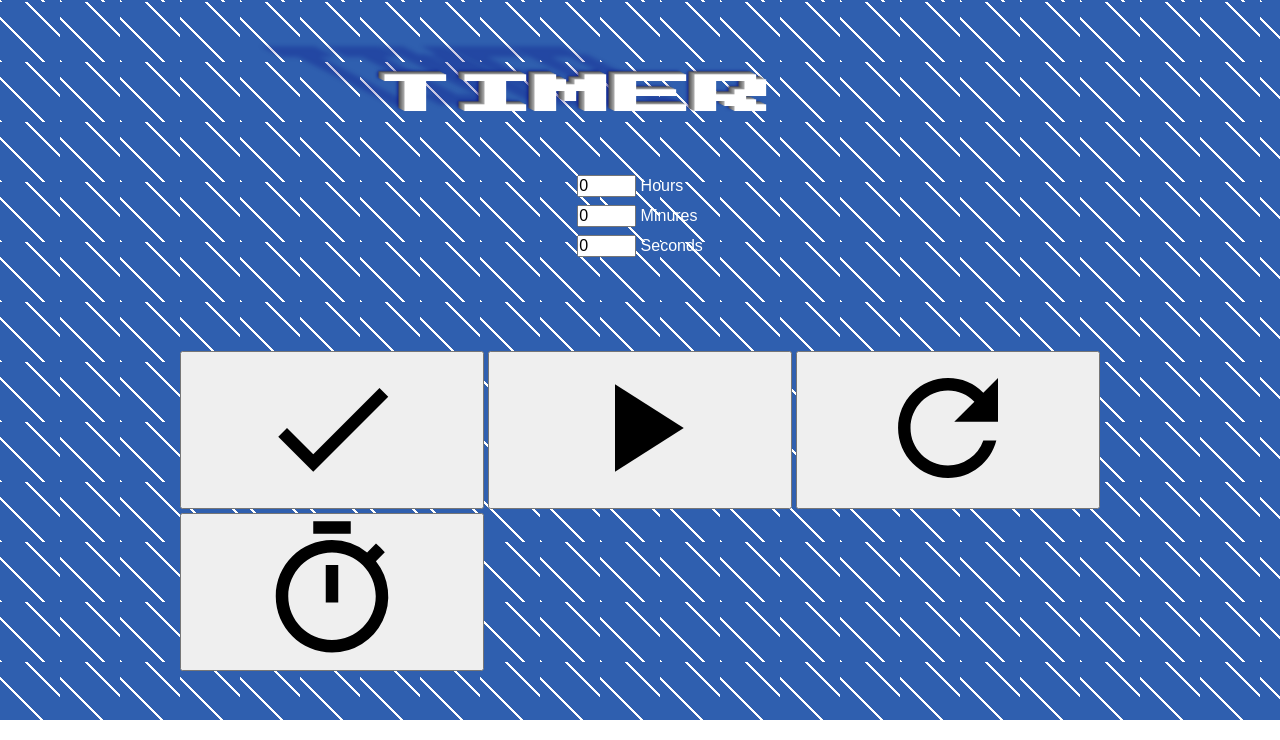
Repository: KrzysKolo/Projekt-12_Timer
Page: index.html
These files come from the project's save history. The page is drawn as it stood at one moment and after the next save; the edit follows.
The browser window is 1280 px wide. The pictures show the whole page.
Some web fonts or font styles are not loaded; a fallback is used.

Above is the page before, as saved 2020-06-24 21:31:01.

### index.html
<!DOCTYPE html>
<html lang="en">
  <head>
    <meta charset="UTF-8" />
    <meta name="viewport" content="width=device-width, initial-scale=1.0" />
    <title>Taimer</title>
    <link
      href="https://fonts.googleapis.com/css2?family=Aldrich&family=Press+Start+2P&display=swap"
      rel="stylesheet"
    />

    <link rel="stylesheet" href="./css/style.css" />
  </head>
  <body>
    <main class="timer">
      <header class="timer__header">
        <h1 class="timer__heading" data-text="TIMER">
          Timer
        </h1>
      </header>
      <article class="timer__clock">
        <!-- input hours-->
        <section class="clock">
          <input
            type="number"
            name="hours"
            id="hours"
            value="0"
            min="0"
            max="99"
            class="clock__input"
            data-timer-input__hours
          />
          <label for="hours" class="clock__label">Hours</label>
        </section>
        <!-- input minutes-->
        <section class="clock">
          <input
            type="number"
            name="minutes"
            id="minutes"
            value="0"
            min="0"
            max="59"
            class="clock__input"
            data-timer-input__minutes
          />
          <label for="minutes" class="clock__label">Minures</label>
        </section>
        <!-- input seconds -->
        <section class="clock">
          <input
            type="number"
            name="seconds"
            id="seconds"
            value="0"
            min="0"
            max="59"
            class="clock__input"
            data-timer-input__seconds
          />
          <label for="seconds" class="clock__label">Seconds</label>
        </section>
      </article>
      <article class="timer__buttons">
        <!-- button 1 -->
        <button class="button">
          <svg class="button__icon">
            <use xlink:href="./assets/icons/sprite.svg#done-24px"></use>
          </svg>
        </button>
        <!-- button 2 -->
        <button class="button">
          <svg class="button__icon">
            <use xlink:href="./assets/icons/sprite.svg#play_arrow-24px"></use>
          </svg>
        </button>
        <!-- button 3 -->
        <button class="button">
          <svg class="button__icon">
            <use xlink:href="./assets/icons/sprite.svg#refresh-24px"></use>
          </svg>
        </button>
        <!-- dźwięk -->
        <section class="timer__audio">
          <audio src="./assets/sounds/alarm.mp3" loop></audio>
          <button class="button">
            <svg class="button__icon button__icon--alarm">
              <use xlink:href="./assets/icons/sprite.svg#timer-24px"></use>
            </svg>
          </button>
        </section>
      </article>
    </main>
  </body>
</html>

### css/style.css
*,
*::before,
*::after {
  padding: 0;
  margin: 0;
  box-sizing: inherit;
  font-size: 16px;
}
body {
  box-sizing: border-box;
  color: #fff;
  font-family: "Aldrich", sans-serif;
}
.timer {
  width: 100vw;
  height: 100vh;
  position: relative;
  background-position: 0 2px;
  background-size: 60px 60px;
  background-color: #2f5faf;
  background-image: -webkit-repeating-linear-gradient(
    45deg,
    #fff,
    #fff 2px,
    transparent 1px,
    transparent 30px
  );
  background-image: repeating-linear-gradient(
    45deg,
    #fff,
    #fff 2px,
    transparent 1px,
    transparent 30px
  );

  line-height: 30px;
  padding-top: 6px;
  margin-bottom: 20px;

  display: flex;
  flex-direction: column;
  justify-content: space-around;
  align-items: flex-start;
  align-items: center;
}
.timer__header {
}

.timer__heading {
  font-family: "Press Start 2P", cursive;
  font-size: 4rem;
  text-transform: uppercase;
  position: relative;
  top: 50%;
  left: -50%;
  transform: calc(-50%, -50%);
  color: rgba(0, 0, 0, 0);

  transform: skew(63deg, 0deg);

  text-shadow: 0 0 3px rgba(0, 0, 128, 0.25);
  z-index: 50;
}
.timer__heading::after {
  content: attr(data-text);
  font-family: "Press Start 2P", cursive;
  font-size: 5rem;
  position: absolute;
  top: 15px;
  left: 25px;
  color: rgba(255, 255, 255, 1);

  transform: skew(-63deg) scale(1, 0.5);

  text-shadow: -1px -1px 1px #aaa, -2px -2px 1px #999, -3px -3px 1px #888,
    -4px -4px 1px #777, -5px -5px 1px #666, -6px -6px 1px #555,
    -7px -7px 5px rgba(0, 0, 128, 0.75);
  z-index: 100;
}

After the next save:
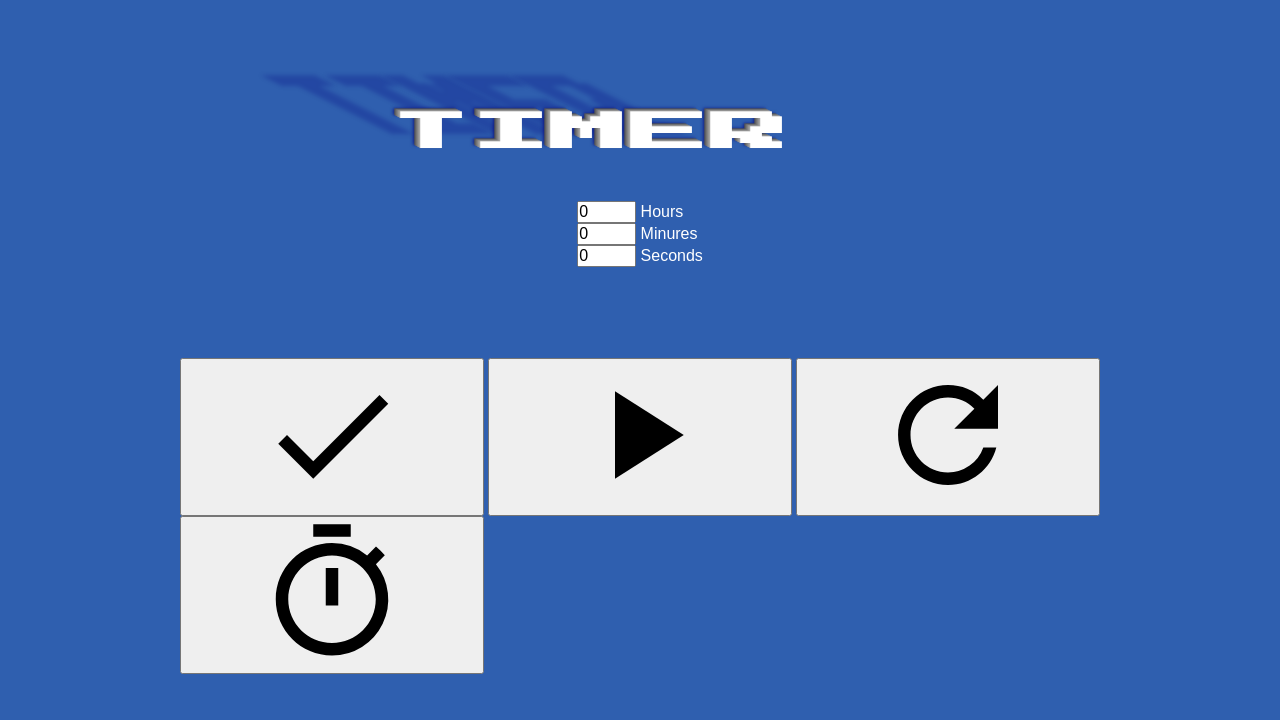
Saved 45 s later.
--- a/css/style.css
+++ b/css/style.css
@@ -15,27 +15,8 @@
   width: 100vw;
   height: 100vh;
   position: relative;
-  background-position: 0 2px;
-  background-size: 60px 60px;
+
   background-color: #2f5faf;
-  background-image: -webkit-repeating-linear-gradient(
-    45deg,
-    #fff,
-    #fff 2px,
-    transparent 1px,
-    transparent 30px
-  );
-  background-image: repeating-linear-gradient(
-    45deg,
-    #fff,
-    #fff 2px,
-    transparent 1px,
-    transparent 30px
-  );
-
-  line-height: 30px;
-  padding-top: 6px;
-  margin-bottom: 20px;
 
   display: flex;
   flex-direction: column;
